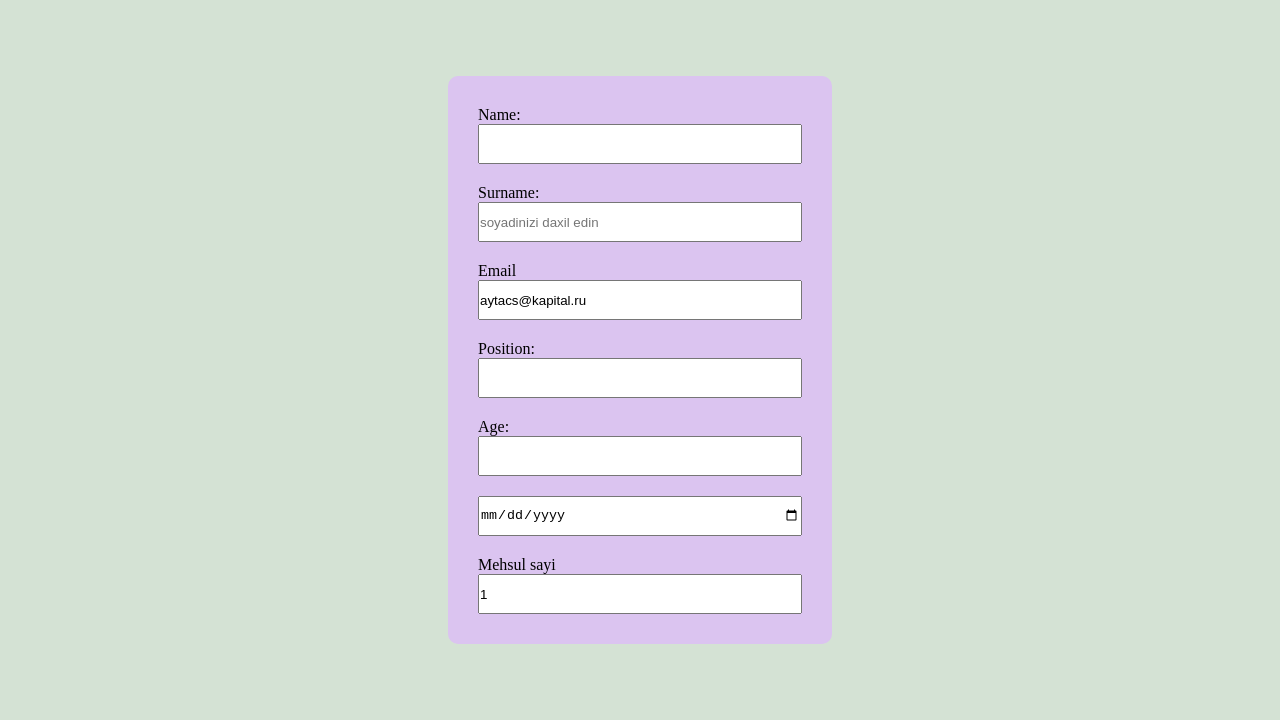
Repository: AytacSafarova/Form-lesson
Page: index.html
An editor plug-in stored every save of this project. The page is shown before and after a run of saves, followed by the edit.
The browser window is 1280 px wide. The pictures show the whole page.

Above is the page before, as saved 2023-08-29 14:40:52.

### index.html
<!DOCTYPE html>
<html lang="en">
<head>
    <meta charset="UTF-8">
    <meta name="viewport" content="width=device-width, initial-scale=1.0">
    <title>Document</title>
    <link rel="stylesheet" href="./index.css">
</head>
<body>
    <div>
        <form action="https://randomuser.me/api/">
            <label for="">
                Name:
                <input type="text">
            </label>
            <label for="">
                Surname:
                <input placeholder="soyadinizi daxil edin" type="text">
            </label>
            <label for="">
             Email
                <input placeholder="emaili daxil edin" type="email" value="aytacs@kapital.ru">
            </label>
            <label for="">
                Position:
                <input type="text">
            </label>
            <label for="">
                Age:
                <input type="number">
            </label>
            <label for="">
                <input type="date">
            </label>
            <label for="">
                Mehsul sayi
                <input placeholder="mehsul sayini daxil edin" type="number" value="1">
            </label>

        </form>
    </div>
</body>
</html>

### index.css
*{
    margin: 0;
    padding: 0;
    box-sizing: border-box;
}
div{
    background-color: #D4E2D4;
   min-height: 100vh;
   width: 100%;
   display: flex;
   justify-content: center;
   align-items: center;
}
form{
    width: 30%;
    padding: 30px;
    background-color: #DBC4F0;
    border-radius: 10px;
    display: flex;
    flex-direction: column;
    gap: 20px;
}
input{
width: 100%;
height: 40px;
}

After the next 2 saves:
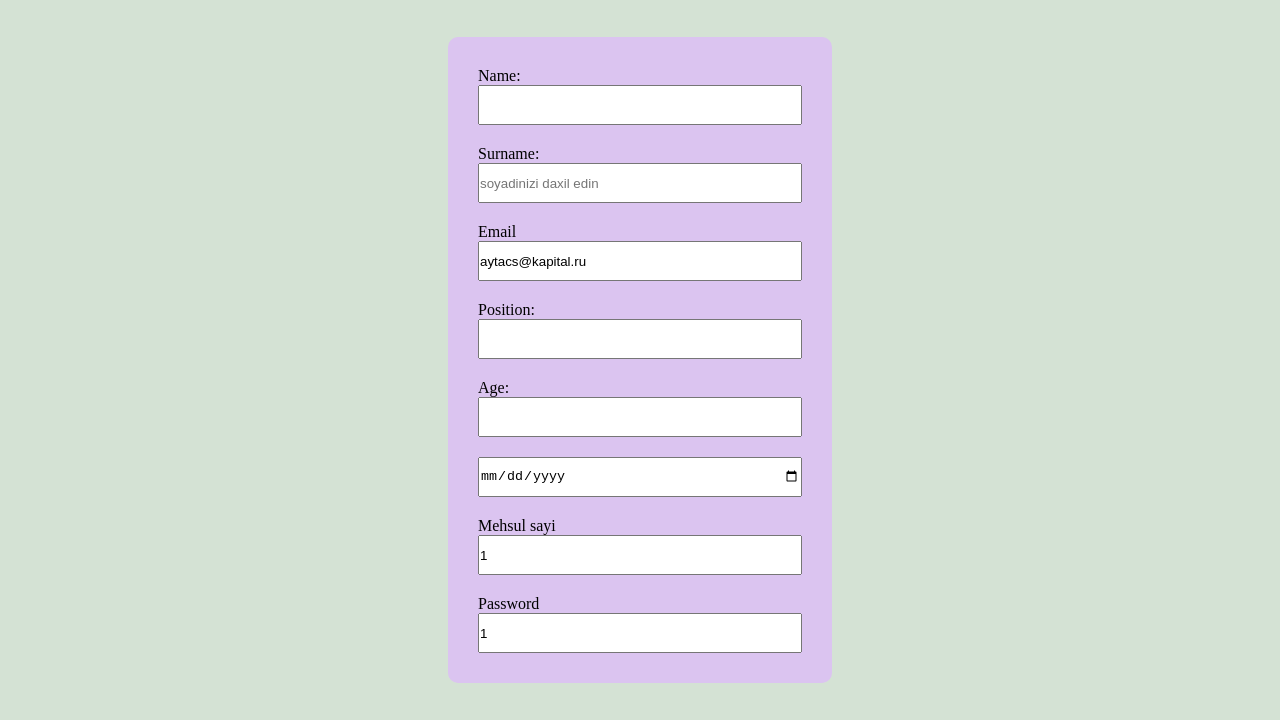
The 2 saves are shown as one change because they came seconds apart.
The last was saved 82 s later.
--- a/index.html
+++ b/index.html
@@ -37,6 +37,10 @@
                 <input placeholder="mehsul sayini daxil edin" type="number" value="1">
             </label>
 
+            <label for="">
+               Password
+                <input placeholder="mehsul sayini daxil edin" type="number" value="1">
+            </label>
         </form>
     </div>
 </body>
